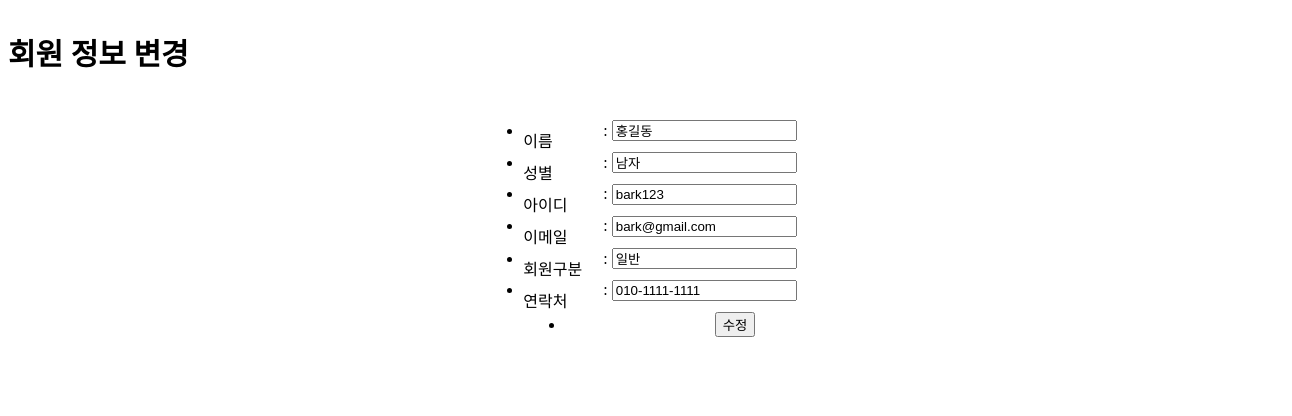
Repository: jngwk/Project-Bark
Page: http://localhost/Bark/include/userEditProfileFrm.jsp
The author's editor kept a copy of each file at every save. The page is drawn from the files as they stood at one save, then again after the next save.
The browser window is 1280 px wide. The page is 1292 px wide, so the pictures cover 1292 px, including what lies to the right of the window. The pictures show the whole page.
The page is served by Tomcat 9. Other server files are loaded and not shown.

Above is the page before, as saved 2024-03-31 04:59:37.

### java_workspace/Bark/src/main/webapp/include/userEditProfileFrm.jsp
<%@ page language="java" contentType="text/html; charset=UTF-8"
    pageEncoding="UTF-8"%>
<%@ taglib prefix="c" uri="http://java.sun.com/jsp/jstl/core" %>
<!DOCTYPE html>
<html>
<head>
<meta charset="UTF-8">
<title>header</title>
<c:set var="contextPath" value="${pageContext.request.contextPath }"/>
<link rel="stylesheet" href="${contextPath }/css/userEditProfileFrm.css"/>
</head>
<!--  이름 성별 아이디 이메일 회원구분 연락처 연락처2-->
<body>
<div class="container">
	<h3 id="info_header" style="font-size: 30px;">회원 정보 변경</h3>
		<div class = "main_info">
			<ul class = "info-list">
				<li><span class="label-text">이름</span> :
				<input class="profile" type="text" data-text-content="true"
				value="홍길동" readonly></li>

				<li><span class="label-text">성별</span> :
				<input class="profile" type="text" data-text-content="true"
				value="남자" readonly></li>

				<li><span class="label-text">아이디</span> :
				<input class="profile" type="text" data-text-content="true"
				value="bark123" readonly></li>

				<li><span class="label-text">이메일</span> :
				<input class="profile1" type="text" data-text-content="true"
				value="bark@gmail.com" ></li>

				<li><span class="label-text">회원구분</span> :
				<input class="profile" type="text" data-text-content="true"
				value="일반" readonly></li>

				<li><span class="label-text">연락처</span> :
				<input class="profile1" type="text" data-text-content="true"
				value="010-1111-1111" ></li>
				<li class="align-right">
				<input type="submit" value="수정" style="margin-left: 150px">
				</li>
			</ul>
		</div>
		</div>
</body>
</html>

### java_workspace/Bark/src/main/webapp/css/userEditProfileFrm.css
@charset "UTF-8";
.main_info {
    min-width:500px;
    display: flex;
    flex-direction: column;
    justify-content: center;
    align-items: center;
}
h1{
	padding-bottom: 60px;
}
.info-list {
    display: flex;
    flex-direction: column;
    justify-content: center;
    align-items: center;
    width: 100%;
}
.label-text {
	position: relative;
    width: 80px; /* 고정 너비 설정 */
    font-size: 16px !important;
    float: left;
    left: 0;
    padding-top: 8px;

}
.profile-info{
	position: relative;
	height: 40px;
	width: 60%;
	line-height: 35px;
	right: 0;
}
.form-element{
	height: 40px;
	padding-bottom: 40px;
	width: 100%;
	align-items: center;
}
.form-element input{
	float:right;
	font-size: 16px;
}
.main_info .edit-btn-area{
	text-align: center;
	padding: 20px 0;
}
.main_info .edit-btn{
	height: 60px;
	width: 300px;
	font-size: 20px;
}

After the next save:
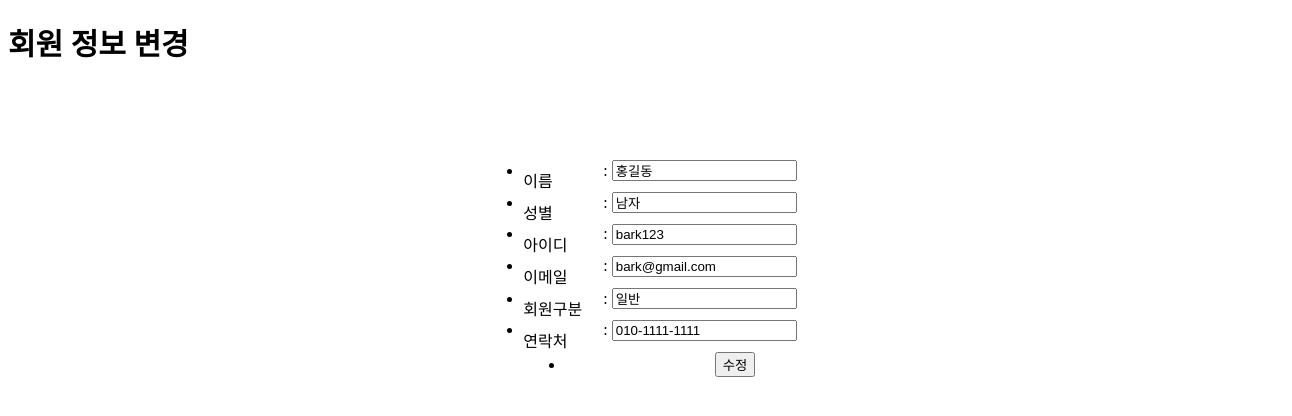
Saved 3 min 27 s later.
--- a/java_workspace/Bark/src/main/webapp/include/userEditProfileFrm.jsp
+++ b/java_workspace/Bark/src/main/webapp/include/userEditProfileFrm.jsp
@@ -12,7 +12,7 @@
 <!--  이름 성별 아이디 이메일 회원구분 연락처 연락처2-->
 <body>
 <div class="container">
-	<h3 id="info_header" style="font-size: 30px;">회원 정보 변경</h3>
+	<h1 id="info_header" style="font-size: 30px;">회원 정보 변경</h1>
 		<div class = "main_info">
 			<ul class = "info-list">
 				<li><span class="label-text">이름</span> :
